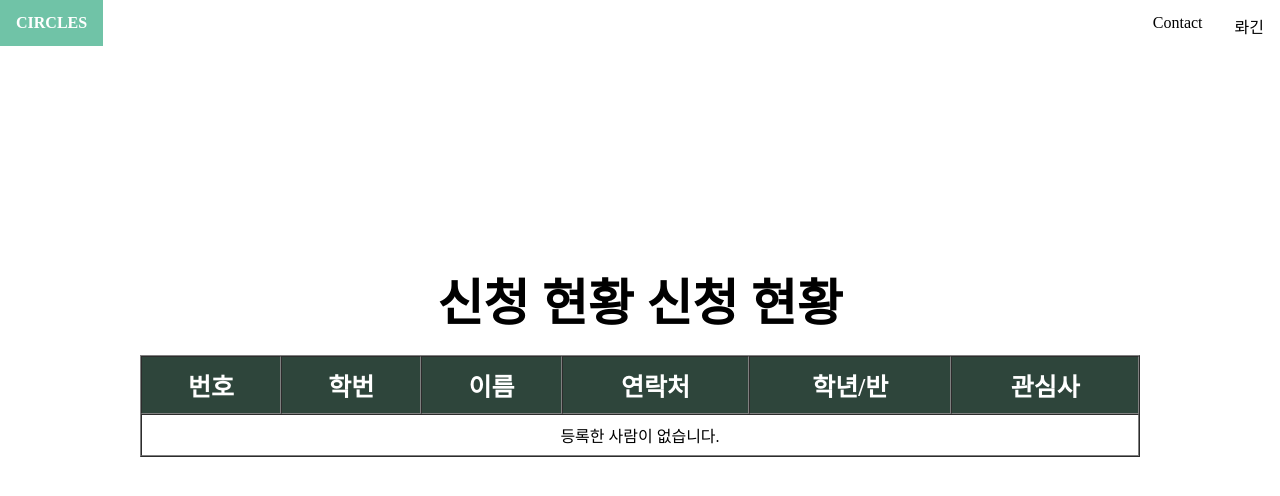
Repository: charmingjae/circles
Page: http://localhost/circles/root/admPg.jsp
The author's editor kept a copy of each file at every save. The page is drawn from the files as they stood at one save, then again after the next save.
The browser window is 1280 px wide. The pictures show the whole page.
The page is served by Tomcat 9. Queries for data that is not in the repository find no rows.

Above is the page before, as saved 2020-07-13 07:57:43.

After the next save:
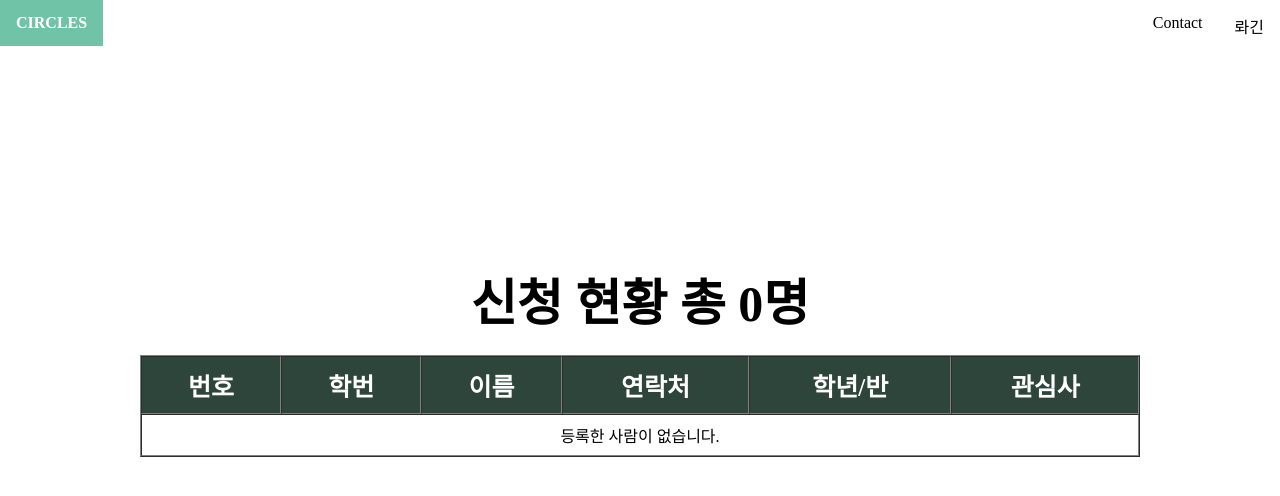
Saved 12 s later.
--- a/circles/WebContent/root/admPg.jsp
+++ b/circles/WebContent/root/admPg.jsp
@@ -37,7 +37,7 @@
 	-->
 	<div class="container">
 		<span> 신청 현황 </span>
-		<span> 신청 현황 </span>
+		<span> 총 <%=total %>명 </span>
 		<div class="main">
 			<table border="1">
 				<tr>
